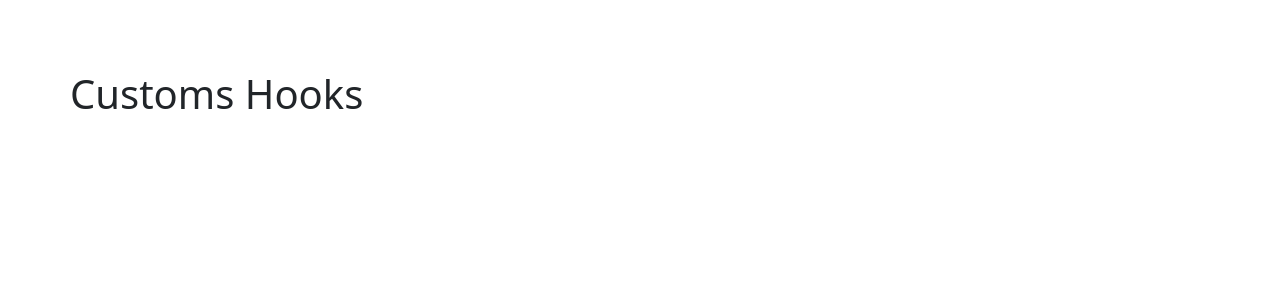
Repository: ppfeliuu/hooks-app
Page: /
The author's editor kept a copy of each file at every save. The page is drawn from the files as they stood at one save, then again after the next save.
The browser window is 1280 px wide. The pictures show the whole page.
The page's requests for data from a server got no answer. The project was rebuilt for these pictures with package versions that can differ from the ones it lists, and the page was loaded fresh each time. No one was signed in, and anything a server would have sent is missing. Also part of the build but not shown: src/components/01-useState/CounterApp.js, src/hooks/useCounter.js, src/components/01-useState/CounterWithCustomHook.js, src/hooks/useForm.js, src/components/02-useEffect/FormWithCustomHook.js, src/components/02-useEffect/Message.js, src/components/02-useEffect/SimpleForm.js, src/HookApp.js.

Above is the page before, as saved 2021-05-29 18:22:55.

After the next save:
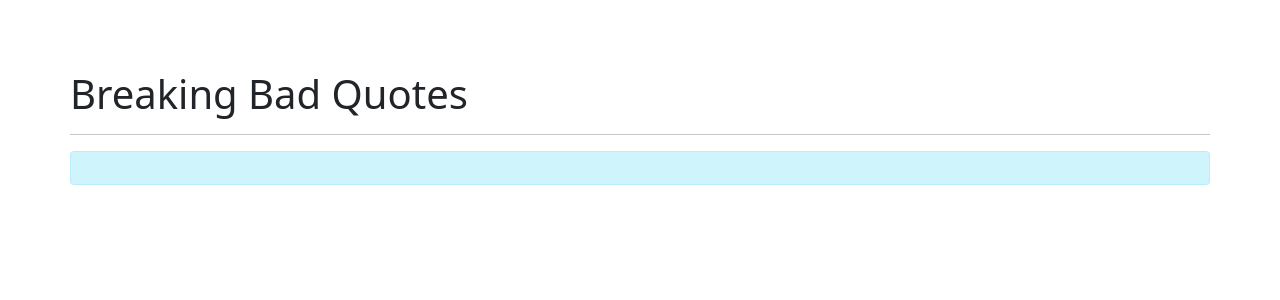
Saved 3 h 56 min later.
--- a/src/components/examples/MultipleCustomHooks.js
+++ b/src/components/examples/MultipleCustomHooks.js
@@ -7,7 +7,10 @@
 
   return (
     <div>
-      <h1>Customs Hooks</h1>
+      <h1>Breaking Bad Quotes</h1>
+      <hr />
+
+      <div className="alert alert-info text-center"></div>
     </div>
   );
 };
